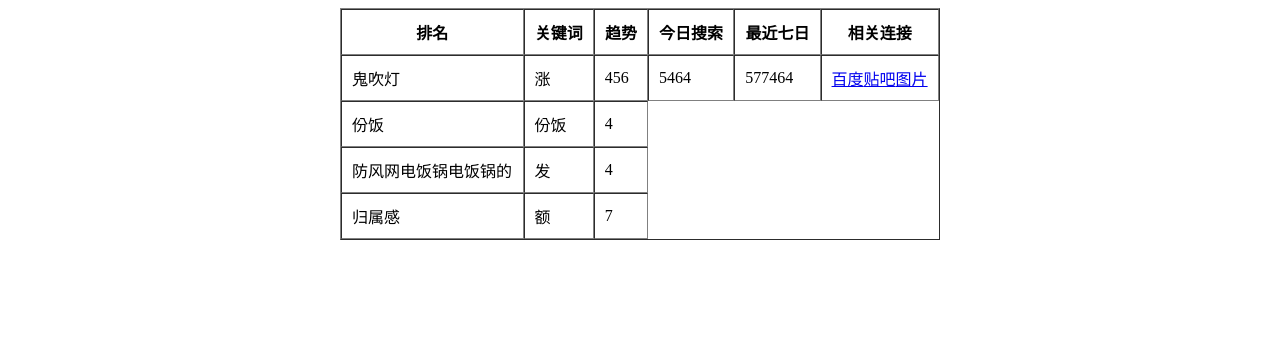
Repository: TheBestBadGuy0228/code
Page: day2_表格基本语法.html
An editor plug-in stored every save of this project. The page is shown before and after the next save, followed by the edit.
The browser window is 1280 px wide. The pictures show the whole page.

Above is the page before, as saved 2021-06-23 14:58:31.

### day2_表格基本语法.html
<!-- /*
 * @Author: 风车车的表哥
 * @Date: 2021-06-23 14:06:46
 * @Last Modified by:   风车车的表哥
 * @Last Modified time: 2021-06-23 14:06:46
 */ -->
<!DOCTYPE html>
<html lang="en">

<head>
    <meta charset="UTF-8">
    <meta http-equiv="X-UA-Compatible" content="IE=edge">
    <meta name="viewport" content="width=device-width, initial-scale=1.0">
    <title>表格基础语法</title>
</head>

<body>
    <!-- 属性写在table标签中 -->
    <table align="center" border="1" cellpadding="10" cellspacing="0" width="600">
        <tr>
            <th>排名</th>
            <th>关键词</th>
            <th>趋势</th>
            <th>今日搜索</th>
            <th>最近七日</th>
            <th>相关连接</th>
        </tr>
        <tr>
            <td>鬼吹灯</td>
            <td>涨</td>
            <td>456</td>
            <td>5464</td>
            <td>577464</td>
            <td><a href="http://www.baidu.com" target="_blank">百度</a><a href="#">贴吧</a><a href="#">图片</a></td>
        </tr>
        <tr>
            <td>份饭</td>
            <td>份饭</td>
            <td>4</td>
        </tr>
        <tr>
            <td>防风网电饭锅电饭锅的</td>
            <td>发</td>
            <td>4</td>
        </tr>
        <tr>
            <td>归属感</td>
            <td>额</td>
            <td>7</td>
        </tr>

    </table>
</body>

</html>

After the next save:
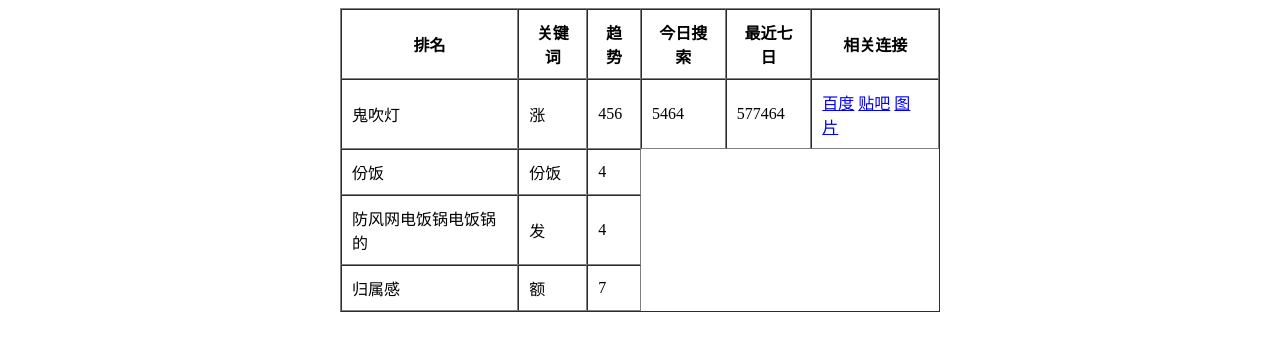
Saved 60 s later.
--- a/day2_表格基本语法.html
+++ b/day2_表格基本语法.html
@@ -31,7 +31,7 @@
             <td>456</td>
             <td>5464</td>
             <td>577464</td>
-            <td><a href="http://www.baidu.com" target="_blank">百度</a><a href="#">贴吧</a><a href="#">图片</a></td>
+            <td><a href="http://www.baidu.com" target="_blank">百度</a>&nbsp;<a href="#">贴吧</a>&nbsp;<a href="#">图片</a>&nbsp;</td>
         </tr>
         <tr>
             <td>份饭</td>
